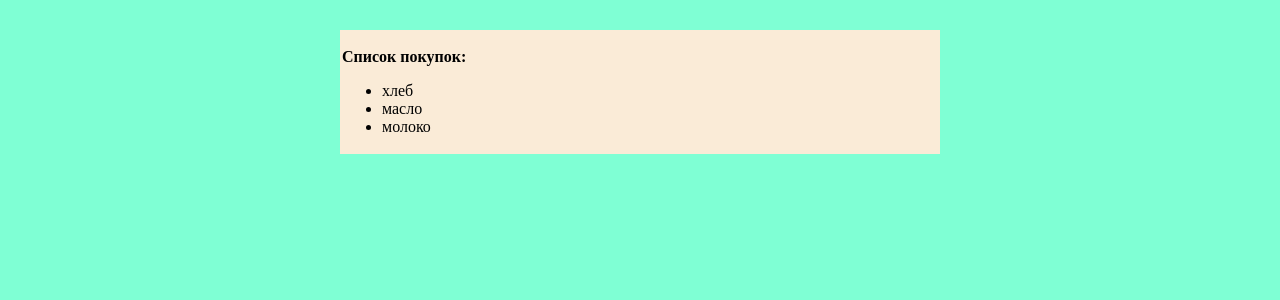
Repository: Savich01/-
Page: html/index.html
An editor plug-in stored every save of this project. The page is shown before and after the next save, followed by the edit.
The browser window is 1280 px wide. The pictures show the whole page.

Above is the page before, as saved 2024-05-31 14:09:04.

### html/index.html
<!DOCTYPE html>
<html lang="en">
<head>
    <meta charset="UTF-8">
    <meta name="viewport" content="width=device-width, initial-scale=1.0">
    <title>Document</title>
    <link rel="stylesheet" href="/css/style.css">
</head>
<body>

    <header class="header">
        <div class="container">
            <section class="section1">
                <p class="text">
                    <b>Список покупок:</b>
                </p>
                <ul class="list">
                    <li>хлеб</li>
                    <li>масло</li>
                    <li>молоко</li>
                </ul>
            </section>
        </div>
    </header>
    <main class="main">

    </main>
    <footer class="footer">

    </footer>

</body>
</html>

### css/style.css
body{
    max-width: 600px;
    height: 100%;
    margin: 0 auto;
    background-color: aquamarine;
}

.header{
    background-color: antiquewhite;
    padding: 2px;
    margin-top: 30px;
}

After the next save:
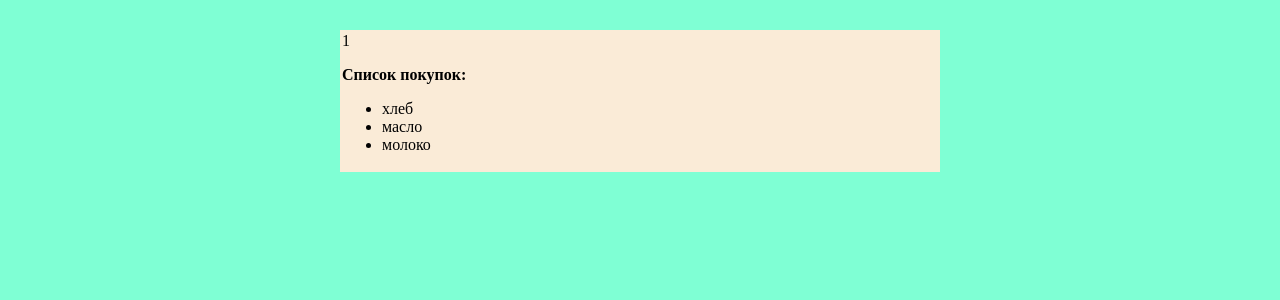
Saved 61 s later.
--- a/html/index.html
+++ b/html/index.html
@@ -11,6 +11,7 @@
     <header class="header">
         <div class="container">
             <section class="section1">
+                <div class="blok">1</div>
                 <p class="text">
                     <b>Список покупок:</b>
                 </p>
